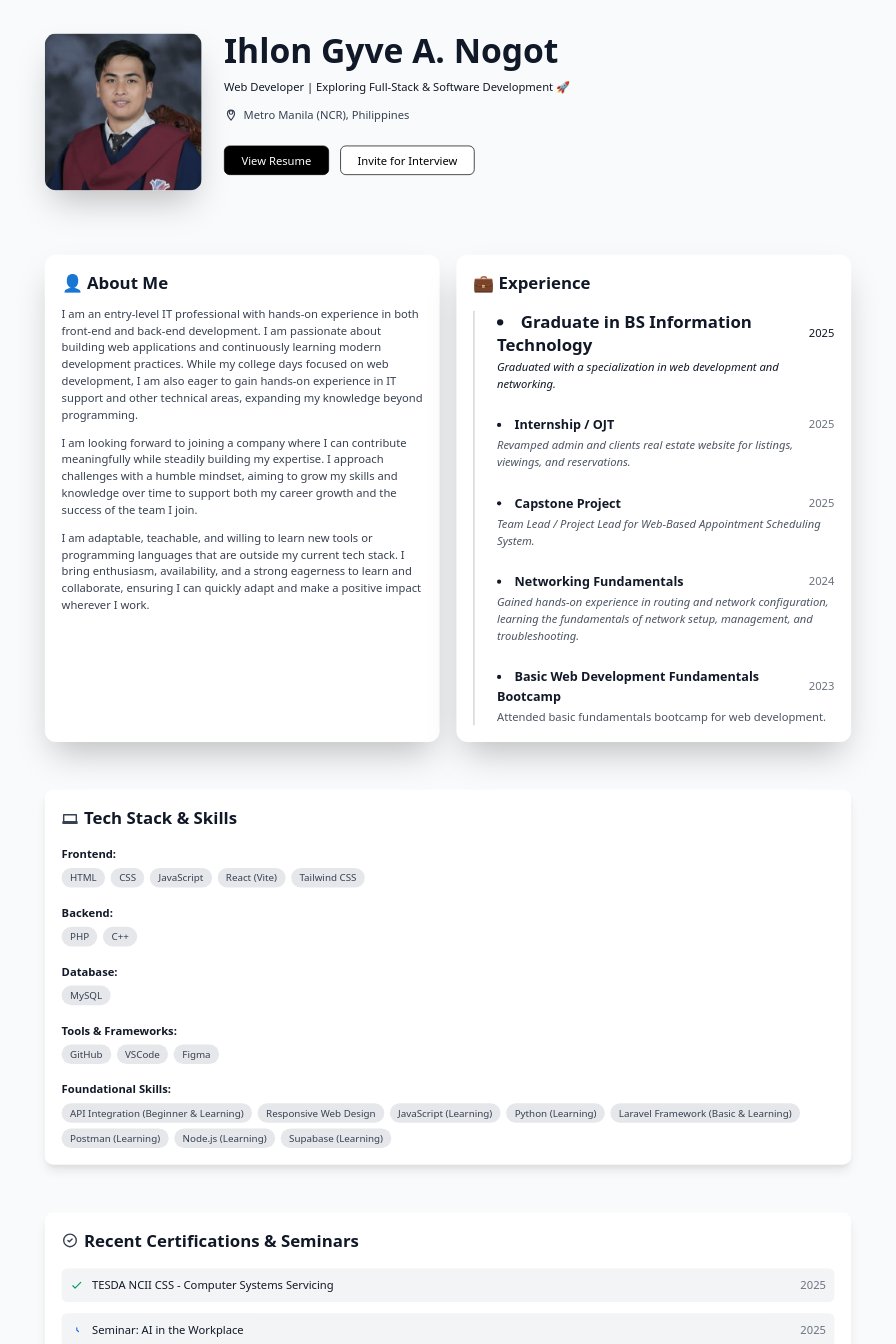
Repository: MeekSharkdev/cv-portfolio
Page: index.html
An editor plug-in stored every save of this project. The page is shown before and after a run of saves, followed by the edit.
The browser window is 1280 px wide. The pictures show the part of the page from y = 0 to 1920 px (the page is 2776 px tall before and 2740 px after), at 70% of full size.
A picture or video elsewhere on the page could not be fetched, so the positions and the page height are approximate.

Above is the page before, as saved 2026-01-31 20:47:30.
Not found: styles.css

After the next 2 saves:
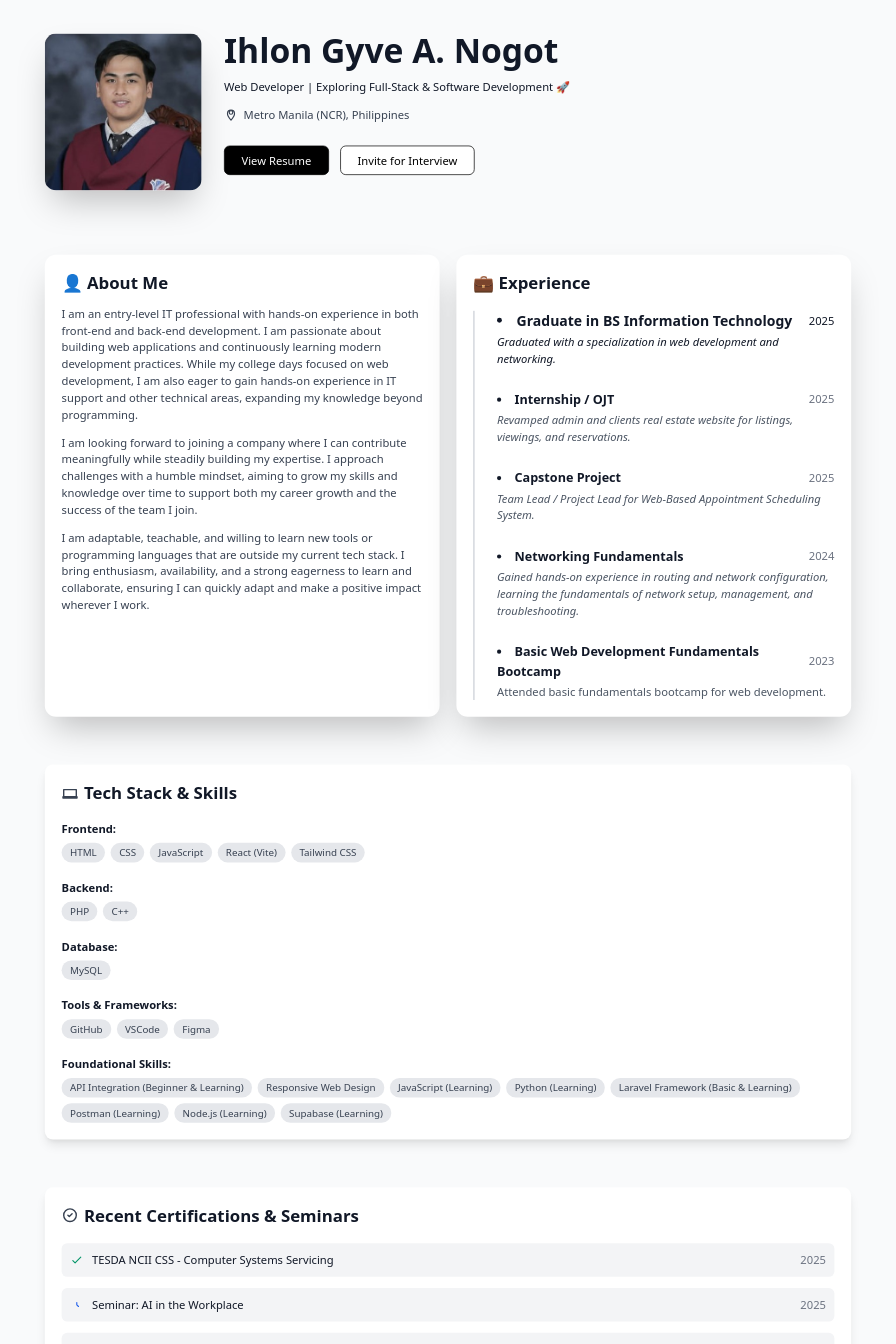
The 2 saves are shown as one change because they came seconds apart.
The last was saved 6 s later.
--- a/index.html
+++ b/index.html
@@ -111,7 +111,7 @@
                 <!-- Graduate (Latest, Top) -->
                 <div class="relative">
                     <div class="flex justify-between items-center">
-                        <h2 class="text-2xl font-bold"><li>Graduate in BS Information Technology</li></h2>
+                        <h2 class="text-xl font-bold"><li>Graduate in BS Information Technology</li></h2>
                         <span class="text-gray-900">2025</span>
                     </div>
                     <p class="text-black-500 mt-1"><i>Graduated with a specialization in web development and networking.</i></p>
